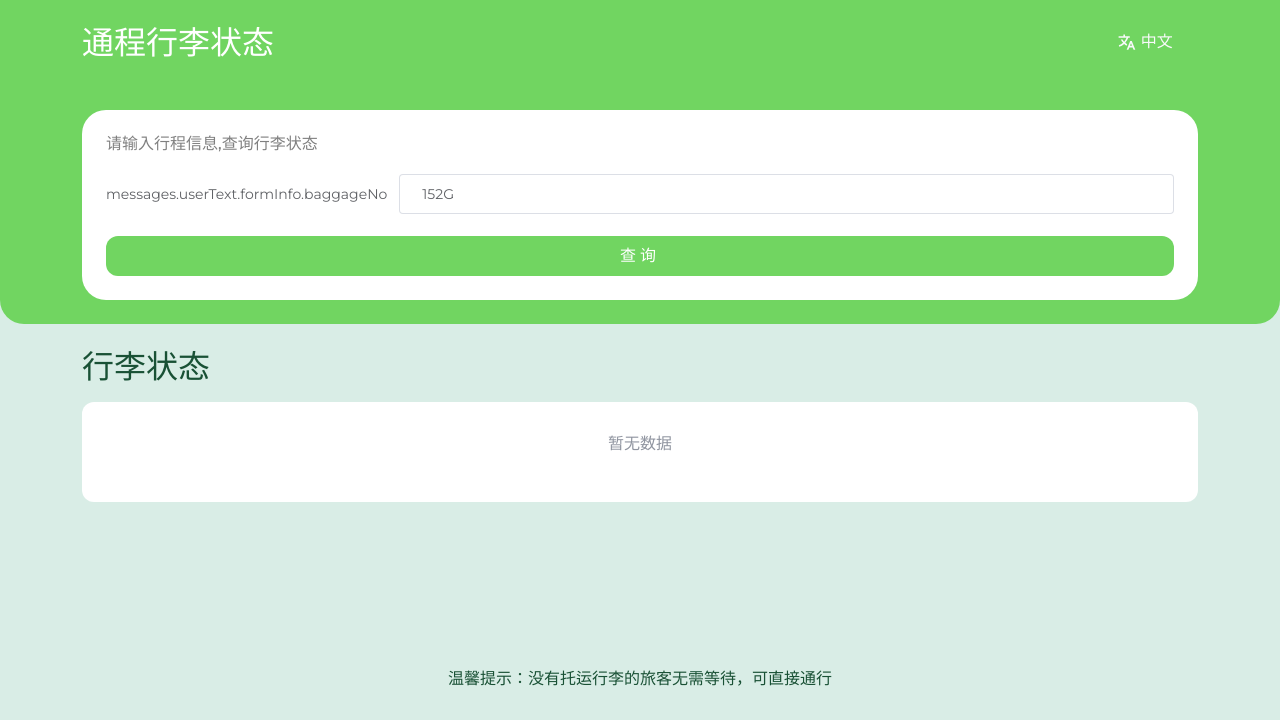
Repository: jhonMacTavish/through-baggage-web
Page: /
These files come from the project's save history. The page is drawn as it stood at one moment and after the next save; the edit follows.
The browser window is 1280 px wide. The pictures show the whole page.
The project was rebuilt for these pictures with package versions that can differ from the ones it lists, and the page was loaded fresh each time. Also part of the build but not shown: vite.config.js, src/components/Main copy.vue, src/components/NavBar.vue, src/components/Scanner.vue. Imported but missing from the stored project, and not drawn on this page: src/assets/icons/GlobeIcon.vue, src/assets/icons/LogoIcon.vue, src/assets/icons/ProfileIcon.vue, src/assets/icons/QuestionIcon.vue.

Above is the page before, as saved 2025-02-24 16:38:32.

After the next save:
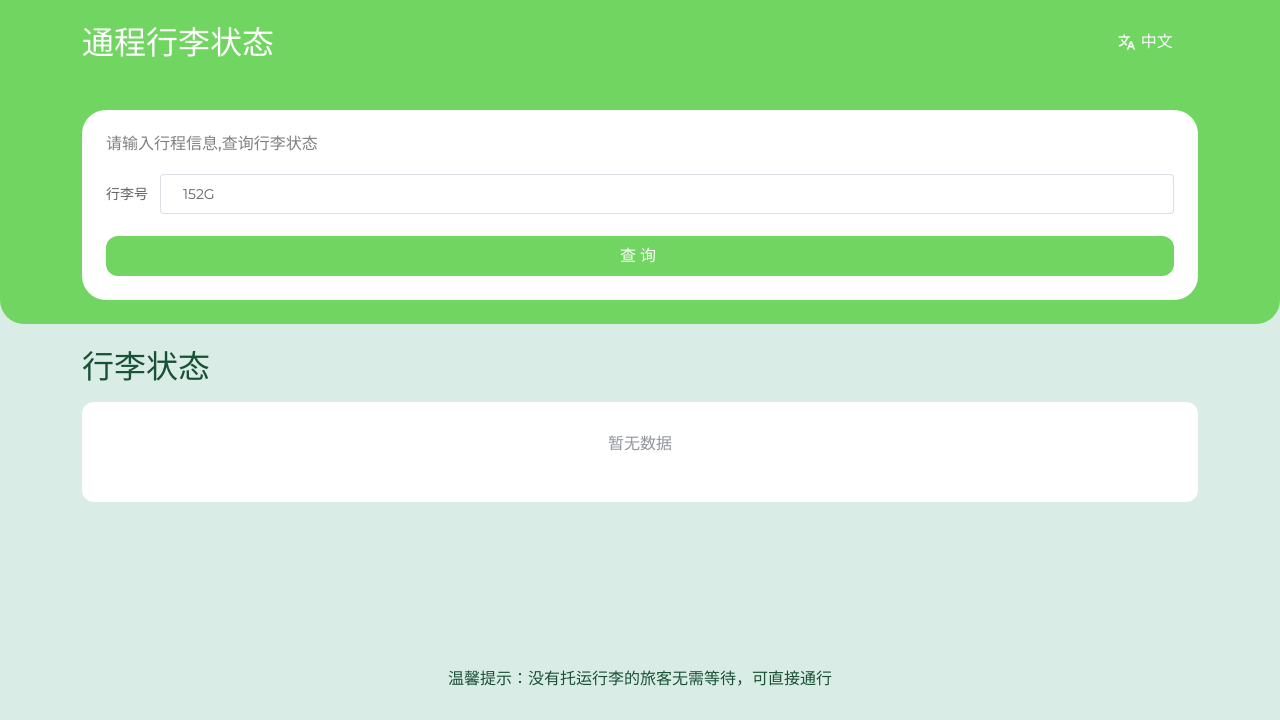
Saved 4 s later.
--- a/src/i18n/langs/zh.js
+++ b/src/i18n/langs/zh.js
@@ -2,7 +2,7 @@
  * @Author: error: error: git config user.name & please set dead value or install git && error: git config user.email & please set dead value or install git & please set dead value or install git
  * @Date: 2025-02-24 00:23:07
  * @LastEditors: error: error: git config user.name & please set dead value or install git && error: git config user.email & please set dead value or install git & please set dead value or install git
- * @LastEditTime: 2025-02-24 09:06:16
+ * @LastEditTime: 2025-02-24 16:38:36
  * @FilePath: \through_baggage_webt:\Projects\VS Code\vue-bootstrap-master\src\i18n\langs\zh.js
  * @Description: 这是默认设置,请设置`customMade`, 打开koroFileHeader查看配置 进行设置: https://github.com/OBKoro1/koro1FileHeader/wiki/%E9%85%8D%E7%BD%AE
  */
@@ -36,6 +36,7 @@ export default {
         passportNo: "护照号",
         flightNo: "航班号",
         seatNo: "座位号",
+        baggageNo: "行李号"
       },
       validateText: {
         passportNo: "请输入正确的护照号",
